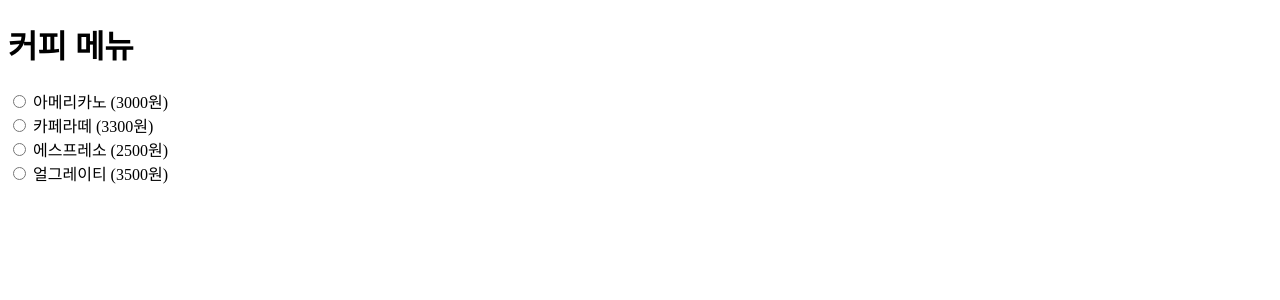
Repository: junirang330/Jsp2026
Page: http://localhost/chapter01/coffee/Coffee.jsp
An editor plug-in stored every save of this project. The page is shown before and after the next save, followed by the edit.
The browser window is 1280 px wide. The pictures show the whole page.
The page is served by Tomcat 9.

Above is the page before, as saved 2026-10-19 08:53:11.

After the next save:
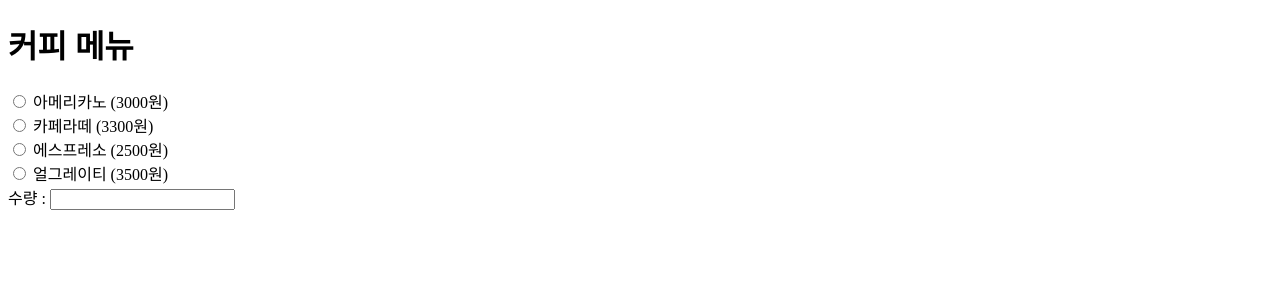
Saved 74 s later.
--- a/chapter01/src/main/webapp/coffee/Coffee.jsp
+++ b/chapter01/src/main/webapp/coffee/Coffee.jsp
@@ -17,7 +17,8 @@
 	<input type = "radio" name = "coffee_type" value = "얼그레이티" id = "tea"/>
 	<label for = "tea">얼그레이티 (3500원)</label><br/>
 
-
+	<label for = "num">수량 :</label>
+	<input type = "number" id = "num" name = "number"/><br/>
 
 
 </body>
